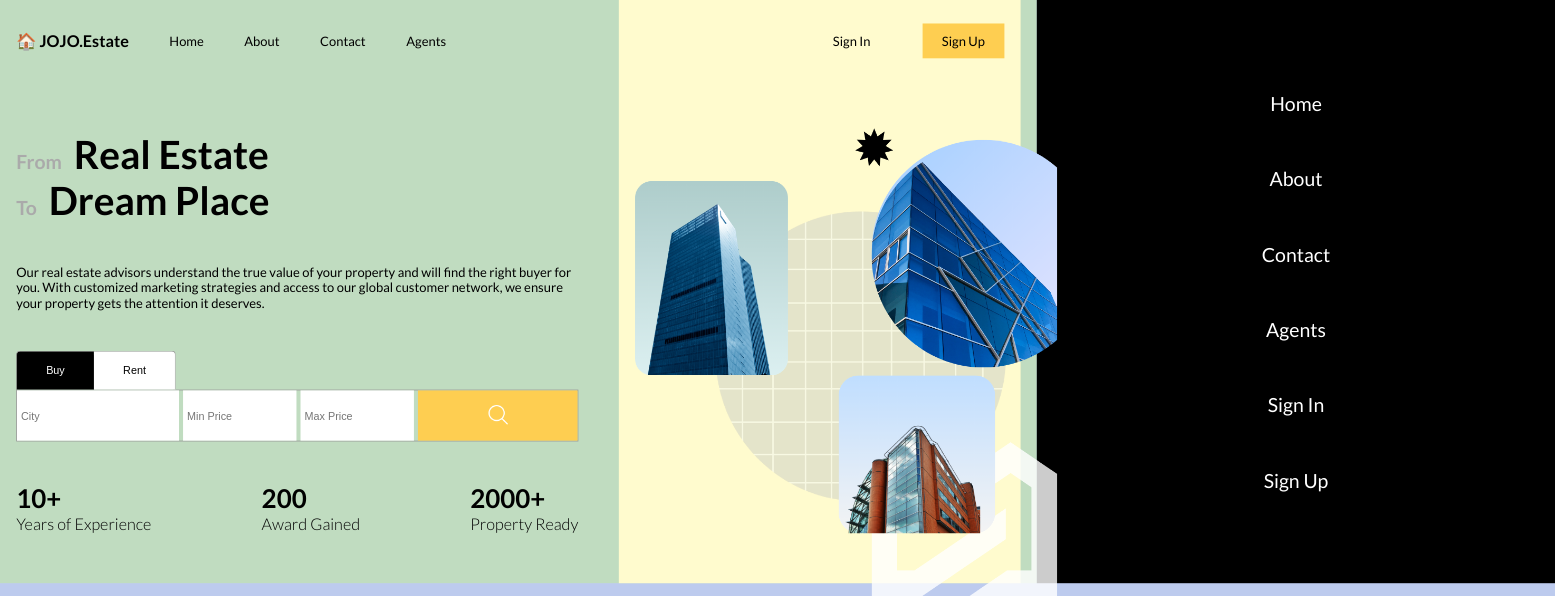
Repository: AiTrinh303/JOJO-estate
Page: /
An editor plug-in stored every save of this project. The page is shown before and after the next save, followed by the edit.
The browser window is 1280 px wide. The page is 1920 px wide, so the pictures cover 1920 px, including what lies to the right of the window. The pictures show the whole page, at 81% of full size.
The page's requests for data from a server got no answer. The project was rebuilt for these pictures with package versions that can differ from the ones it lists, and the page was loaded fresh each time. No one was signed in, and anything a server would have sent is missing. Also part of the build but not shown: vite.config.js, src/routes/listPage/listPage.scss, src/components/filter/filter.scss, src/components/filter/Filter.jsx, src/components/card/card.scss, src/components/card/Card.jsx, src/components/map/map.scss, src/components/pin/pin.scss and 21 more. Imported but missing from the stored project, and not drawn on this page: src/components/uploadWidget/UploadWidget.

Above is the page before, as saved 2024-08-06 21:46:39.

### index.html
<!DOCTYPE html>
<html lang="en">
  <head>
    <meta charset="UTF-8" />
    <link rel="icon" type="image/svg+xml" href="/logo.png" />
    <meta name="viewport" content="width=device-width, initial-scale=1.0" />
    <title>🏠JOJO Estate App</title>
    <meta name="description" content="Buy, Sell and Rent Properties" />
    <link
      href="https://fonts.googleapis.com/css2?family=Lato:ital,wght@0,100;0,300;0,400;0,700;0,900;1,100;1,300;1,400;1,700;1,900&display=swap"
      rel="stylesheet"
    />
  </head>
  <body>
    <div id="root"></div>
    <script type="module" src="/src/main.jsx"></script>
  </body>
</html>

### src/App.jsx
import HomePage from "./routes/homePage/homePage";
import { createBrowserRouter, RouterProvider } from "react-router-dom";
import ListPage from "./routes/listPage/listPage";
import { Layout, RequireAuth } from "./routes/layout/layout";
import SinglePage from "./routes/singlePage/singlePage";
import ProfilePage from "./routes/profilePage/profilePage";
import Login from "./routes/login/login";
import Register from "./routes/register/register";
import ProfileUpdatePage from "./routes/profileUpdatePage/profileUpdatePage";
import NewPostPage from "./routes/newPostPage/newPostPage";
import { listPageLoader, profilePageLoader, singlePageLoader } from "./lib/loaders";

function App() {
  const router = createBrowserRouter([
    {
      path: "/",
      element: <Layout />,
      children: [
        {
          path: "/",
          element: <HomePage />,
        },
        {
          path: "/list",
          element: <ListPage />,
          loader: listPageLoader,
        },
        {
          path: "/:id",
          element: <SinglePage />,
          loader: singlePageLoader,
        },
        {
          path: "/login",
          element: <Login />,
        },
        {
          path: "/register",
          element: <Register />,
        },
      ],
    },
    {
      path: "/",
      element: <RequireAuth />,
      children: [
        {
          path: "/profile",
          element: <ProfilePage />,
          loader: profilePageLoader
        },
        {
          path: "/profile/update",
          element: <ProfileUpdatePage />,
        },
        {
          path: "/add",
          element: <NewPostPage />,
        },
      ],
    },
  ]);

  return <RouterProvider router={router} />;
}

export default App;

### src/index.scss
*{
  padding: 0;
  margin: 0;
  box-sizing: border-box;
}

a {
  text-decoration: none;
  color: inherit;
}

body{
  font-family: "Lato", sans-serif;
  overflow: hidden;
  background-color: #bdcbee;

}

### src/routes/homePage/homePage.jsx
import { useContext } from "react";
import SearchBar from "../../components/searchBar/SearchBar";
import "./homePage.scss";
import { AuthContext } from "../../context/AuthContext";

function HomePage() {

  const {currentUser} = useContext(AuthContext)

  return (
    <div className="homePage">
      <div className="textContainer">
        <div className="wrapper">
          <h1 className="title">
            <span className="small-text">From </span>
            <span className="animated-text">Real Estate</span>
            <br />
            <span className="small-text">To </span>
            <span className="animated-text">Dream Place</span>
          </h1>
          <p>
          Our real estate advisors understand the true value of your property and will find the right buyer for you. With customized marketing strategies and access to our global customer network, we ensure your property gets the attention it deserves.
          </p>
          <SearchBar />
          <div className="boxes">
            <div className="box">
              <h1>10+</h1>
              <h2>Years of Experience</h2>
            </div>
            <div className="box">
              <h1>200</h1>
              <h2>Award Gained</h2>
            </div>
            <div className="box">
              <h1>2000+</h1>
              <h2>Property Ready</h2>
            </div>
          </div>
        </div>
      </div>
      <div className="imgContainer">
        <img src="/bg.png" alt="" />
      </div>

    </div>
  );
}

export default HomePage;

### src/routes/layout/layout.jsx
import "./layout.scss";
import Navbar from "../../components/navbar/Navbar";
import { Navigate, Outlet } from "react-router-dom";
import { useContext } from "react";
import { AuthContext } from "../../context/AuthContext";

function Layout() {
  return (
    <div className="layout">
      <div className="navbar">
        <Navbar />
      </div>
      <div className="content">
        <Outlet />
      </div>
    </div>
  );
}

function RequireAuth() {
  const { currentUser } = useContext(AuthContext);

  if (!currentUser) return <Navigate to="/login" />;
  else {
    return (
      <div className="layout">
        <div className="navbar">
          <Navbar />
        </div>
        <div className="content">
          <Outlet />
        </div>
      </div>
    );
  }
}

export { Layout, RequireAuth };

### src/components/searchBar/SearchBar.jsx
import { useState } from "react";
import "./searchBar.scss";
import { Link } from "react-router-dom";

const types = ["buy", "rent"];

function SearchBar() {
  const [query, setQuery] = useState({
    type: "buy",
    city: "",
    minPrice: 0,
    maxPrice: 0,
  });

  const switchType = (val) => {
    setQuery((prev) => ({ ...prev, type: val }));
  };

  const handleChange = (e) => {
    setQuery((prev) => ({ ...prev, [e.target.name]: e.target.value }));
  };

  return (
    <div className="searchBar">
      <div className="type">
        {types.map((type) => (
          <button
            key={type}
            onClick={() => switchType(type)}
            className={query.type === type ? "active" : ""}
          >
            {type}
          </button>
        ))}
      </div>
      <form>
        <input
          type="text"
          name="city"
          placeholder="City"
          onChange={handleChange}
        />
        <input
          type="number"
          name="minPrice"
          min={0}
          max={10000000}
          placeholder="Min Price"
          onChange={handleChange}
        />
        <input
          type="number"
          name="maxPrice"
          min={0}
          max={10000000}
          placeholder="Max Price"
          onChange={handleChange}
        />
        <Link
          to={`/list?type=${query.type}&city=${query.city}&minPrice=${query.minPrice}&maxPrice=${query.maxPrice}`}
        >
          <button>
            <img src="/search.png" alt="" />
          </button>
        </Link>
      </form>
    </div>
  );
}

export default SearchBar;

### src/routes/homePage/homePage.scss
@import "../../responsive.scss";

.homePage {
  display: flex;
  height: 100%;

  .textContainer {
    flex: 3;

    .wrapper {
      padding-right: 100px;
      display: flex;
      flex-direction: column;
      justify-content: center;
      gap: 50px;
      height: 100%;

      @include lg{
        padding-right: 50px;
      }

      @include md{
        padding: 0;
      }

      @include sm{
        justify-content: flex-start;
      }

      .title {
        font-size: 64px;
        .small-text {
          font-size: 0.5em;
          color: #aaa;
          margin-right: 10px;
        }
        .animated-text {
          display: inline-block;
          position: relative;
          animation: slide-in 2s ease-in-out;
        }
        @include lg {
          font-size: 48px;
        }
      }

      .boxes {
        display: flex;
        justify-content: space-between;

        @include sm {
          display: none;
        }

        h1 {
          font-size: 36px;


          @include lg {
            font-size: 32px;
          }
        }

        h2 {
          font-size: 20px;
          font-weight: 300;
        }
      }
    }
  }

  .imgContainer {
    flex: 2;
    background-color: #fffbce;
    position: relative;
    display: flex;
    align-items: center;


    @include md {
      display: none;
    }

    img {
      width: 115%;
      position: absolute;
      right: -45px;


      @include lg {
        width: 105%;
      }
    }
  }


}
@keyframes slide-in {
  0% {
    opacity: 0;
    transform: translateX(-100%);
  }
  100% {
    opacity: 1;
    transform: translateX(0);
  }
}

### src/routes/layout/layout.scss
@import "../../responsive.scss";

.layout {
  height: 100vh;
  max-width: 1366px;
  margin-left: auto;
  margin-right: auto;
  padding-left: 20px;
  padding-right: 20px;
  background: rgb(192, 220, 192);

  @include lg {
    max-width: 1280px;
  }

  @include md {
    max-width: 768px;
  }

  @include sm {
    max-width: 640px;
  }

  .content {
    // flex: 1;
    height: calc(100vh - 100px);
  }
}

### src/components/navbar/Navbar.jsx
import { useContext, useState } from "react";
import "./navbar.scss";
import { Link } from "react-router-dom";
import { AuthContext } from "../../context/AuthContext";
import { useNotificationStore } from "../../lib/notificationStore";

function Navbar() {
  const [open, setOpen] = useState(false);

  const { currentUser } = useContext(AuthContext);

  const fetch = useNotificationStore((state) => state.fetch);
  const number = useNotificationStore((state) => state.number);

  if(currentUser) fetch();

  return (
    <nav>
      <div className="left">
        <a href="/" className="logo">
          <span>🏠 JOJO.Estate</span>
        </a>
        <a href="/">Home</a>
        <a href="/">About</a>
        <a href="/">Contact</a>
        <a href="/">Agents</a>
      </div>

      <div className="right">
        <a href="/">Sign In</a>
        <a href="/" className="register">Sign Up</a>
        <div className="menuIcon">
          <img
            src="/menu.png"
            alt="menu"
            onClick={() => setOpen((prev) => !prev)}/>
        </div>
        <div className={open ? "menu active" : "menu"}>
          <a href="/">Home</a>
          <a href="/">About</a>
          <a href="/">Contact</a>
          <a href="/">Agents</a>
          <a href="/">Sign In</a>
          <a href="/">Sign Up</a>
        </div>
        {/* {currentUser ? (
          <div className="user">
            <img src={currentUser.avatar || "/noavatar.jpg"} alt="" />
            <span>{currentUser.username}</span>
            <Link to="/profile" className="profile">
              {number > 0 && <div className="notification">{number}</div>}
              <span>Profile</span>
            </Link>
          </div>
        ) : (
          <>
            <a href="/login">Sign in</a>
            <a href="/register" className="register">
              Sign up
            </a>
          </>
        )}
        <div className="menuIcon">
          <img
            src="/menu.png"
            alt=""
            onClick={() => setOpen((prev) => !prev)}
          />
        </div>
        <div className={open ? "menu active" : "menu"}>
          <a href="/">Home</a>
          <a href="/">About</a>
          <a href="/">Contact</a>
          <a href="/">Agents</a>
          <a href="/">Sign in</a>
          <a href="/">Sign up</a>
        </div> */}
      </div>
    </nav>
  );
}

export default Navbar;

### src/components/searchBar/searchBar.scss
@import "../../responsive.scss";

.searchBar {
  .type {


    button {
      padding: 16px 36px;
      border: 1px solid #999;
      border-bottom: none;
      cursor: pointer;
      background-color: white;
      text-transform: capitalize;

      &.active {
        background-color: black;
        color: white;
      };

      &:first-child {
        border-top-left-radius: 5px;
        border-right: none;
      };
      &:last-child {
        border-top-right-radius: 5px;
        border-left: none;
      };
    }
  }

  form {
    border: 1px solid #999;
    display: flex;
    justify-content: space-between;
    height: 64px;
    gap: 5px;

    @include sm {
      flex-direction: column;
      border: none;
    };

    input {
      border: none;
      padding: 0px 10px;
      width: 200px;

      @include lg {
        padding: 0px 5px;

        &:nth-child(2),
        &:nth-child(3) {
          width: 140px;
        }
      };
      @include md {
        width: 200px;
        &:nth-child(2),
        &:nth-child(3) {
          width: 200px;
        }
      };

      @include sm{
        width: auto;
        &:nth-child(2),
        &:nth-child(3) {
          width: auto;
        }
        padding: 20px;
        border: 1px solid #999;
      }
    };

    a{
      flex: 1;
      background-color: #fece51;
      display: flex;
      align-items: center;
      justify-content: center;

      button {
        border: none;
        cursor: pointer;
        background-color: #fece51;

        @include sm{
          padding: 10px;
        }

        img {
          width: 24px;
          height: 24px;
        }
      }
    }
  }
}

### src/responsive.scss
@mixin sm {
  @media (max-width: 738px) {
    @content;
  }
};

@mixin md {
  @media (max-width: 1024px) {
    @content;
  }
};

@mixin lg {
  @media (max-width: 1366px) {
    @content;
  }
};

### src/components/navbar/navbar.scss
@import "../../responsive.scss";

nav {
  height: 100px;
  display: flex;
  justify-content: space-between;
  align-items: center;

  a {
    transition: all 0.4s ease;

    @include sm {
      display: none;
    }

    &:hover {
      scale: 1.08;
    }
  }

  .left {
    flex: 3;
    display: flex;
    align-items: center;
    gap: 50px;

    .logo {
      font-weight: bold;
      font-size: 20px;
      display: flex;
      align-items: center;
      gap: 3px;

      span {
        @include md {
          display: none;
        }

        @include sm {
          display: initial;
        }
      }
    }
  }
  .right {
    flex: 2;
    display: flex;
    align-items: center;
    justify-content: flex-end;
    background-color: #fffbce;
    ;
    height: 100%;

    @include md {
      background-color: transparent;
    }

    a {
      padding: 12px 24px;
      margin: 20px;
    }

    .user{
      display: flex;
      align-items: center;
      font-weight: bold;

      img{
        width: 40px;
        height: 40px;
        border-radius: 50%;
        object-fit: cover;
        margin-right: 20px;
      }

      span{
        @include sm{
          display: none;
        }
      }

      .profile{
        padding: 12px 24px;
        background-color: #fece51;
        cursor: pointer;
        border: none;
        position: relative;

        .notification{
          position: absolute;
          top: -8px;
          right: -8px;
          background-color: red;
          color: white;
          border-radius: 50%;
          width: 26px;
          height: 26px;
          display: flex;
          align-items: center;
          justify-content: center;
        }

      }
    }

    .register {
      background-color: #fece51;
    }

    .menuIcon {
      display: none;
      z-index: 999;

      img {
        width: 36px;
        height: 36px;
        cursor: pointer;
      }

      @include sm {
        display: inline;
      }
    }

    .menu {
      position: absolute;
      top: 0;
      right: -50%;
      background-color: black;
      color: white;
      height: 100vh;
      width: 50%;
      transition: all 1s ease;
      display: flex;
      flex-direction: column;
      align-items: center;
      justify-content: center;
      font-size: 24px;

      &.active {
        right: 0;
      }

      @include sm {
        a {
          display: initial;
        }
      }
    }
  }
}

Loaded but not shown: src/main.jsx (common file); src/context/AuthContext.jsx (common file); src/context/SocketContext.jsx (common file); src/lib/loaders.js (common file); src/lib/apiRequest.js (common file); src/lib/notificationStore.js (common file)

After the next save:
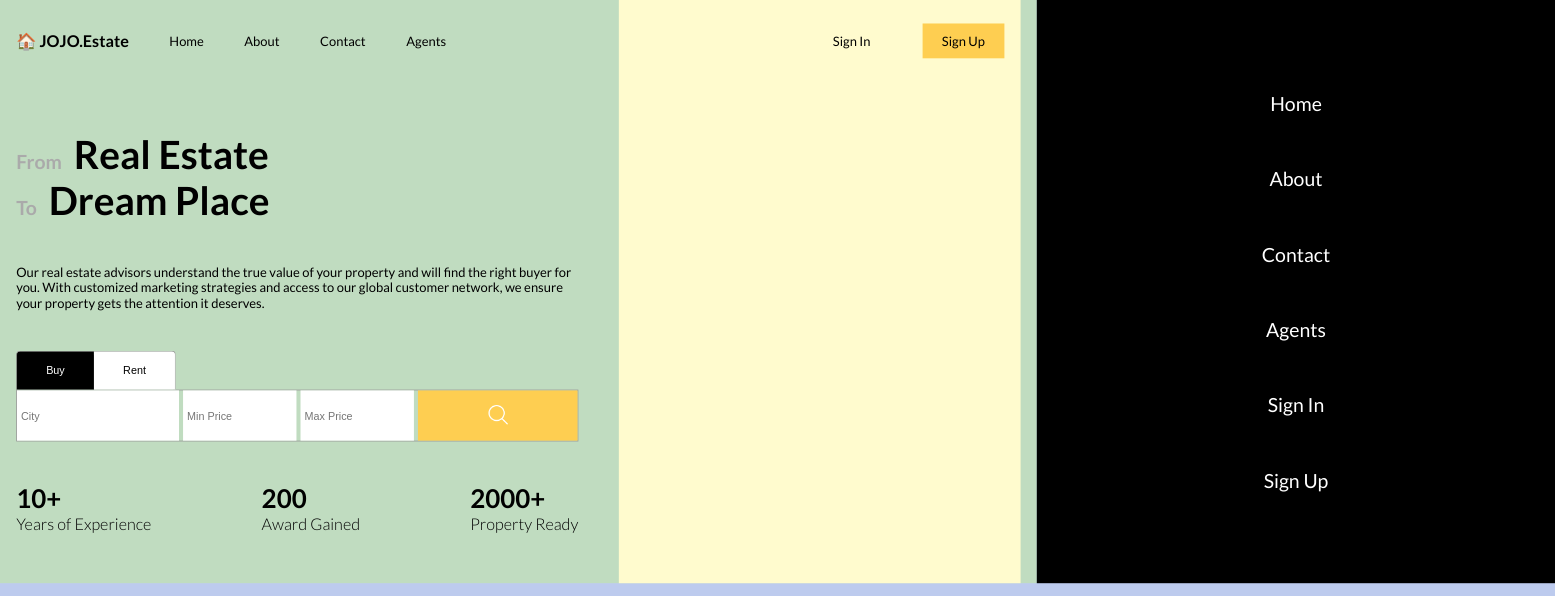
Saved 15 s later.
--- a/src/routes/homePage/homePage.scss
+++ b/src/routes/homePage/homePage.scss
@@ -85,7 +85,8 @@
       width: 115%;
       position: absolute;
       right: -45px;
-
+      opacity: 0; /* Start invisible */
+      animation: fade-in-slide-up 2s ease-in-out infinite; /* Apply infinite animation */
 
       @include lg {
         width: 105%;
